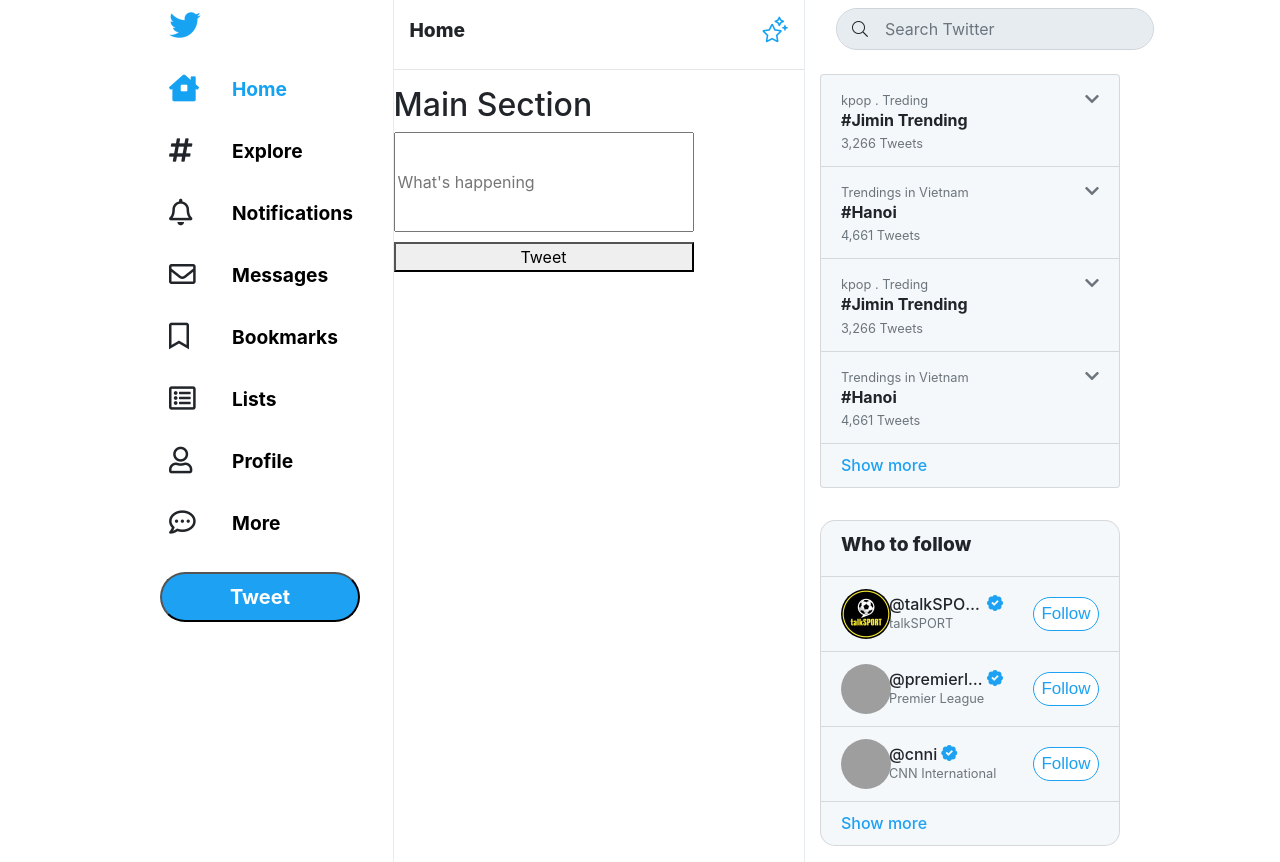
Repository: tts2610/Twitter-clone
Page: index.html
The author's editor kept a copy of each file at every save. The page is drawn from the files as they stood at one save, then again after the next save.
The browser window is 1280 px wide. The pictures show the whole page.
Pictures or frames that could not be fetched are drawn as grey boxes.

Above is the page before, as saved 2020-05-23 15:13:35.

After the next save:
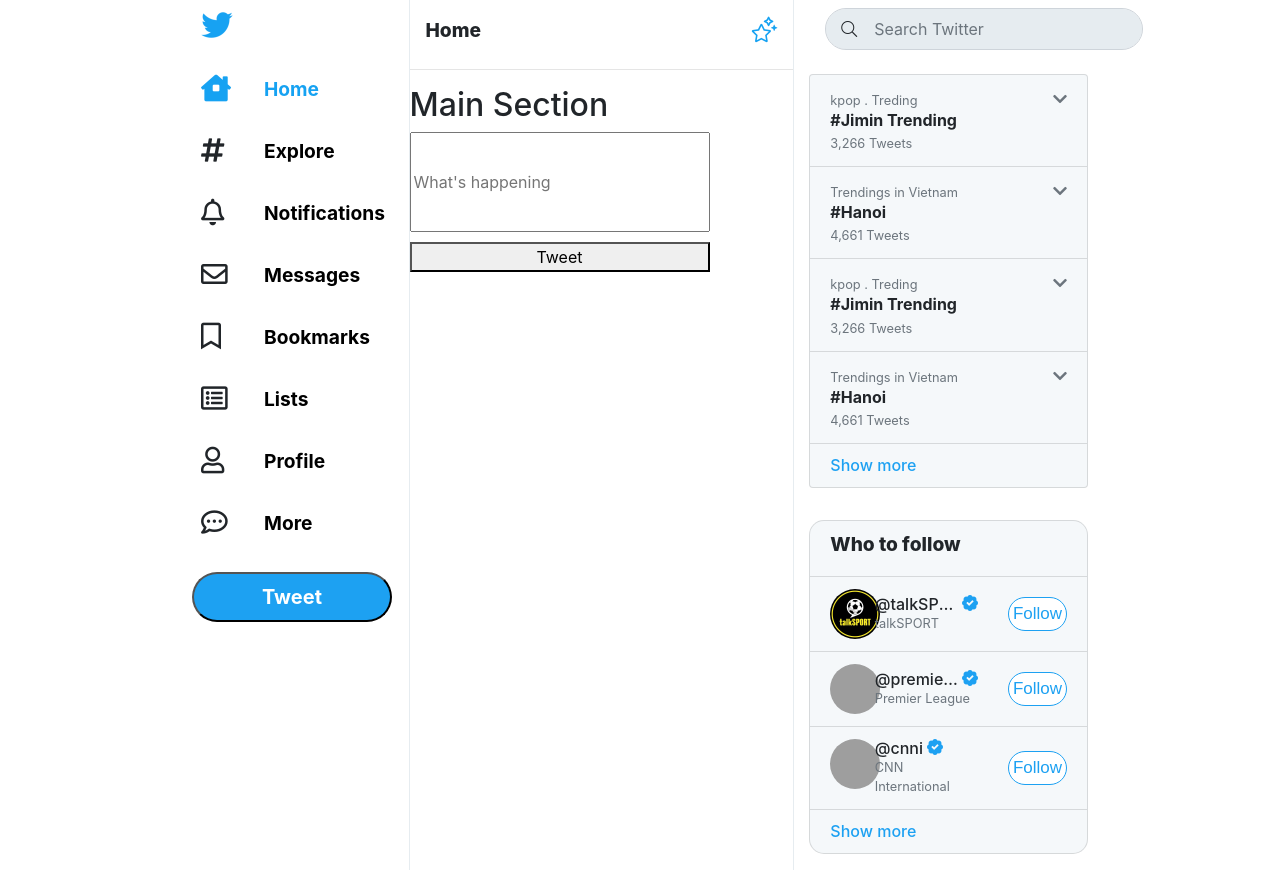
Saved 21 s later.
--- a/css/style.css
+++ b/css/style.css
@@ -7,7 +7,7 @@
 }
 
 body .container {
-    max-width: 75%;
+    max-width: 70%;
     padding-left: 0px;
     padding-right: 0px;
 }
